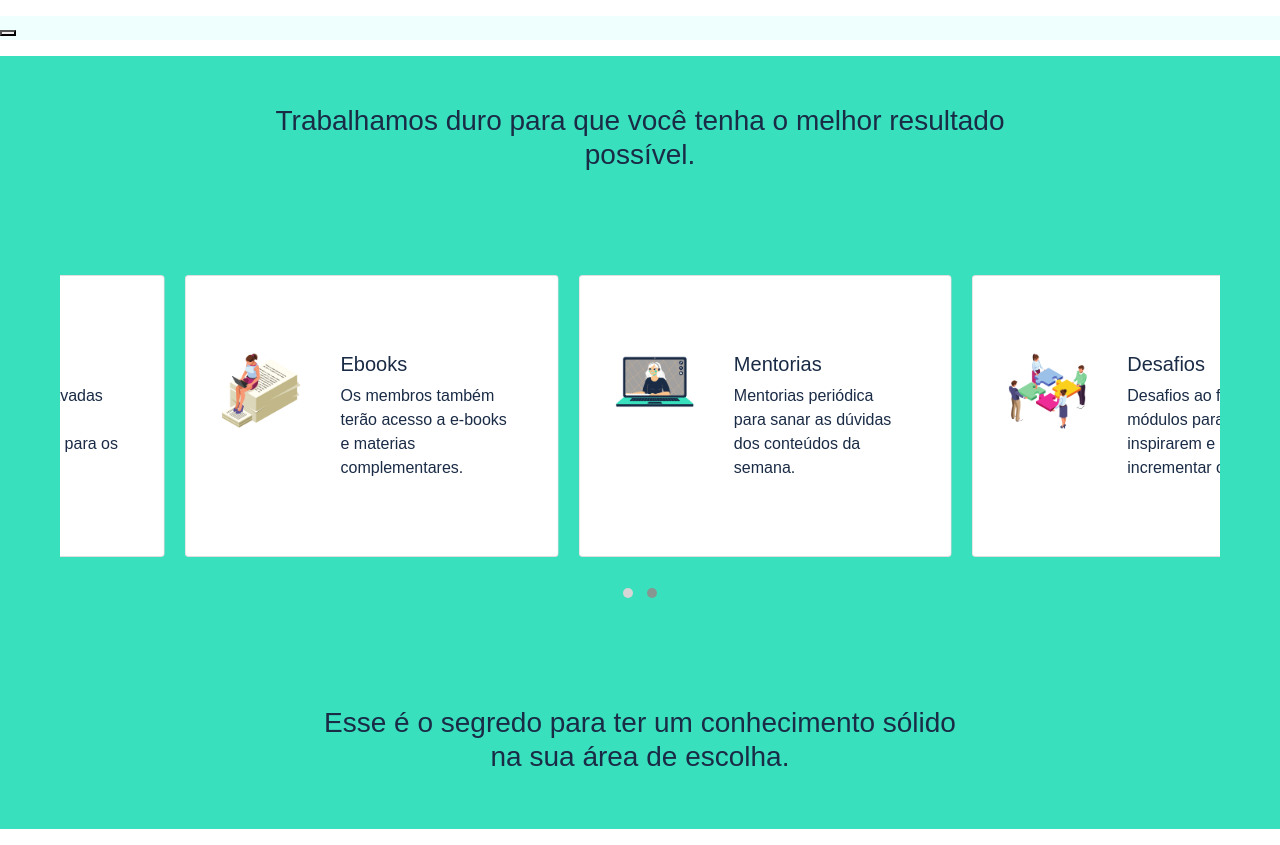
Repository: MarTech-Coders-Planejamento/site-oficial
Page: home.html
The author's editor kept a copy of each file at every save. The page is drawn from the files as they stood at one save, then again after the next save.
The browser window is 1280 px wide. The pictures show the whole page.
Some web fonts or font styles are not loaded; a fallback is used.

Above is the page before, as saved 2021-10-25 18:49:09.

### home.html
<!DOCTYPE html>
<html lang="pt-BR">
  <head>
    <meta charset="UTF-8" />
    <meta http-equiv="X-UA-Compatible" content="IE=edge" />
    <meta name="viewport" content="width=device-width, initial-scale=1.0" />
    <!--Fonts Google-->
    <link
      href="https://fonts.googleapis.com/css2?family=Tomorrow:wght@300;400;700&display=swap"
      rel="stylesheet"
    />

    <!-- Bootstrap CSS -->
    <link
      href="https://cdn.jsdelivr.net/npm/bootstrap@5.1.2/dist/css/bootstrap.min.css"
      rel="stylesheet"
      integrity="sha384-uWxY/CJNBR+1zjPWmfnSnVxwRheevXITnMqoEIeG1LJrdI0GlVs/9cVSyPYXdcSF"
      crossorigin="anonymous"
    />

    <!-- Styles -->
    <link rel="stylesheet" href="./css/home.css" />
    <link
      rel="stylesheet"
      href="https://cdnjs.cloudflare.com/ajax/libs/OwlCarousel2/2.3.4/assets/owl.carousel.min.css"
      integrity="sha512-tS3S5qG0BlhnQROyJXvNjeEM4UpMXHrQfTGmbQ1gKmelCxlSEBUaxhRBj/EFTzpbP4RVSrpEikbmdJobCvhE3g=="
      crossorigin="anonymous"
    />
    <link
      rel="stylesheet"
      href="https://cdnjs.cloudflare.com/ajax/libs/OwlCarousel2/2.3.4/assets/owl.theme.default.min.css"
      integrity="sha512-sMXtMNL1zRzolHYKEujM2AqCLUR9F2C4/05cdbxjjLSRvMQIciEPCQZo++nk7go3BtSuK9kfa/s+a4f4i5pLkw=="
      crossorigin="anonymous"
    />

    <title>Home</title>
  </head>
  <body>
    <div class="container-fluid">
      <!--cabeçalho fluido-->
      <header>
        <nav></nav>
      </header>
      <main>
        <section class="bg-one">
          <!--dobra1-->
          <article>
            <header></header>
            <h1></h1>
            <p></p>
            <figure></figure>
            <button></button>
          </article>
        </section>
        <section class="bg-two">
          <!--dobra2-->
          <article>
            <h2></h2>
            <p></p>
            <figure></figure>
          </article>
        </section>
        <section class="bg-one">
          <!--dobra3-->
          <article>
            <header></header>
            <p></p>
            <figure></figure>
          </article>
        </section>
        <section class="bg-two">
          <!--dobra4-->
          <div class="d-flex flex-column">
            <div class="d-flex flex-column">
              <p class="h3 p-5 text-center">
                Trabalhamos duro para que você tenha o melhor resultado <br />
                possível.
              </p>
            </div>
            <div class="row p-5" style="width: 100vw; margin: 0;">
              <div class="col-12">
                <div class="owl-carousel owl-theme">
                  <div class="card mb-3" style="max-width: 540px; padding: 20px;">
                    <div class="row g-0">
                      <div class="col-md-4 align-middle">
                        <img src="/image/icon-video.png" class="img-fluid rounded-start" alt="...">
                      </div>
                      <div class="col-md-8">
                        <div class="card-body">
                          <h5 class="card-title">Vídeo-aula</h5>
                          <p class="card-text">Vídeo-aulas gravadas que serão disponibilizadas para os membros.</p>
                        </div>
                      </div>
                    </div>
                  </div>

                  <div class="card mb-3" style="max-width: 540px; padding: 20px;">
                    <div class="row g-0">
                      <div class="col-md-4 align-middle">
                        <img src="/image/icon-ebook.png" class="img-fluid rounded-start" alt="...">
                      </div>
                      <div class="col-md-8">
                        <div class="card-body">
                          <h5 class="card-title">Ebooks</h5>
                          <p class="card-text">Os membros também terão acesso a e-books e materias complementares.</p>
                        </div>
                      </div>
                    </div>
                  </div>
                  <div class="card mb-3" style="max-width: 540px; padding: 20px;">
                    <div class="row g-0">
                      <div class="col-md-4 align-middle">
                        <img src="/image/icon-mentoria.png" class="img-fluid rounded-start" alt="...">
                      </div>
                      <div class="col-md-8">
                        <div class="card-body">
                          <h5 class="card-title">Mentorias</h5>
                          <p class="card-text">Mentorias periódica para sanar as dúvidas dos conteúdos da semana.</p>
                        </div>
                      </div>
                    </div>
                  </div>
                  <div class="card mb-3" style="max-width: 540px; padding: 20px;">
                    <div class="row g-0">
                      <div class="col-md-4 align-middle">
                        <img src="/image/icon-desafio.png" class="img-fluid rounded-start" alt="...">
                      </div>
                      <div class="col-md-8">
                        <div class="card-body">
                          <h5 class="card-title">Desafios</h5>
                          <p class="card-text">Desafios ao final dos módulos para inspirarem e incrementar o portfólio.</p>
                        </div>
                      </div>
                    </div>
                  </div>

                </div>
              </div>
            </div>
            <div class="d-flex flex-column">
              <p class="h3 p-5 text-center">
                Esse é o segredo para ter um conhecimento sólido <br />
                na sua área de escolha.
              </p>
            </div>
          </div>
        </section>
      </main>

      <footer class="bg-one">
        <!--footer-->
        <article></article>
        <p></p>
      </footer>
    </div>

    <!-- Owl Carousel -->

    <script src="https://cdnjs.cloudflare.com/ajax/libs/jquery/3.6.0/jquery.min.js"></script>

    <!-- Bootstrap Bundle javascript -->
    <script
      src="https://cdn.jsdelivr.net/npm/bootstrap@5.1.2/dist/js/bootstrap.bundle.min.js"
      integrity="sha384-kQtW33rZJAHjgefvhyyzcGF3C5TFyBQBA13V1RKPf4uH+bwyzQxZ6CmMZHmNBEfJ"
      crossorigin="anonymous"
    ></script>

    <!-- Owl Carousel -->

    <script
      src="https://cdnjs.cloudflare.com/ajax/libs/OwlCarousel2/2.3.4/owl.carousel.min.js"
      integrity="sha512-bPs7Ae6pVvhOSiIcyUClR7/q2OAsRiovw4vAkX+zJbw3ShAeeqezq50RIIcIURq7Oa20rW2n2q+fyXBNcU9lrw=="
      crossorigin="anonymous"
    ></script>

    <!-- Slider -->

    <script>
      $(".owl-carousel").owlCarousel({
        loop: true,
        autoplay: true,
        margin: 20,
        animateOut: "fadeOut",
        animateIn: "fadeIn",
        autoplayHoverPause: true,
        responsive: {
          0: {
            items: 1,
            nav: false,
          },
          600: {
            items: 2,
            nav: false,
          },
          1000: {
            items: 3,
            loop: false,
          },
        },
      });
    </script>
  </body>
</html>

### css/home.css
:root {
  --bg: #effffe;
  --bg2: #38e0be;
  --texto: #1a2b46;
}
* {
  font-family: "Tomorrow", sans-serif;
}

.container-fluid {
  padding-right: 0;
  padding-left: 0;
  margin-right: auto;
  margin-left: auto;
}

.bg-one {
  background-color: var(--bg);
  color: var(--texto);
}
.bg-two {
  background-color: var(--bg2);
  color: var(--texto);
}

/* Slider Container*/

.card-body{
  height: fit-content;
  padding: 3.5rem 1.5rem;
}

.img-fluid{
  padding: 3.5rem 1rem;
}

After the next save:
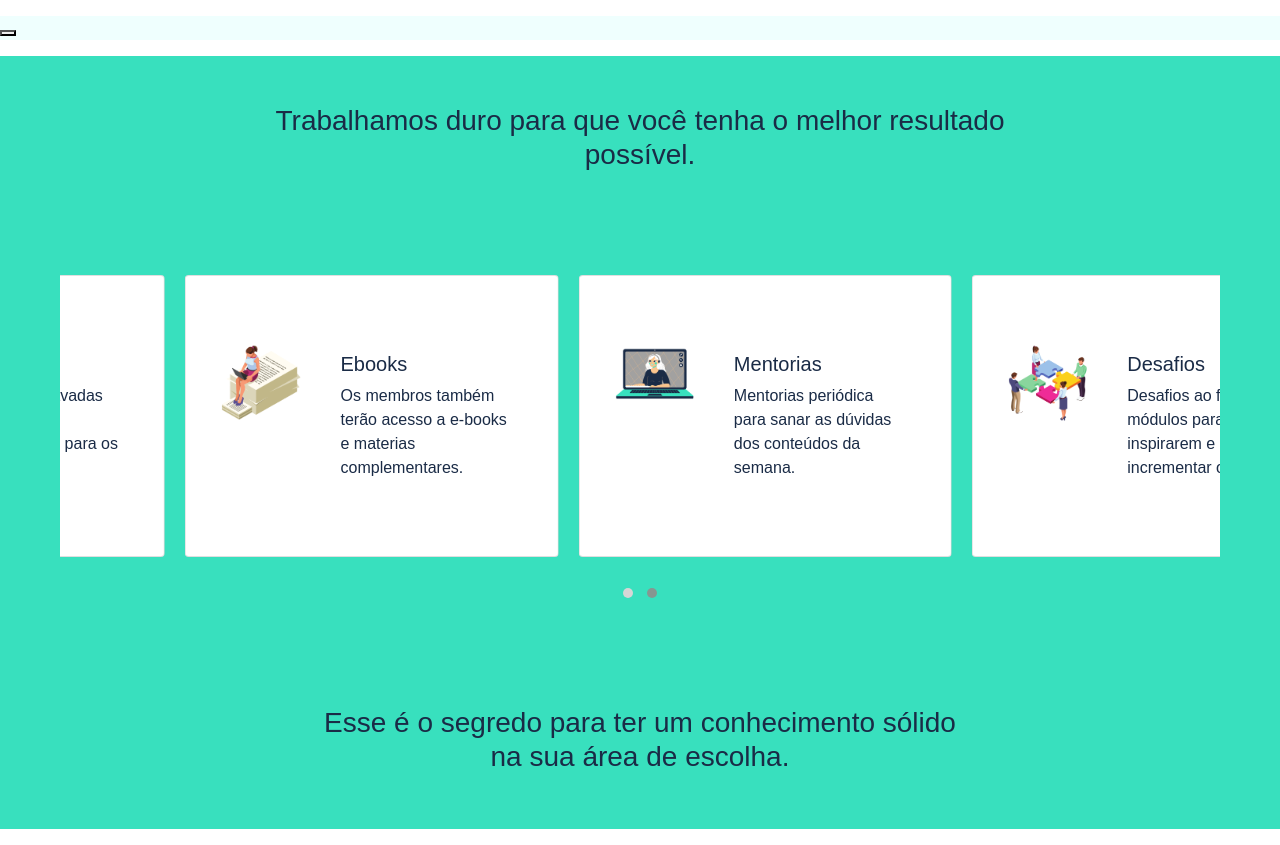
Saved 14 s later.
--- a/css/home.css
+++ b/css/home.css
@@ -31,5 +31,6 @@
 }
 
 .img-fluid{
-  padding: 3.5rem 1rem;
+  padding: 3rem 1rem;
+
 }
